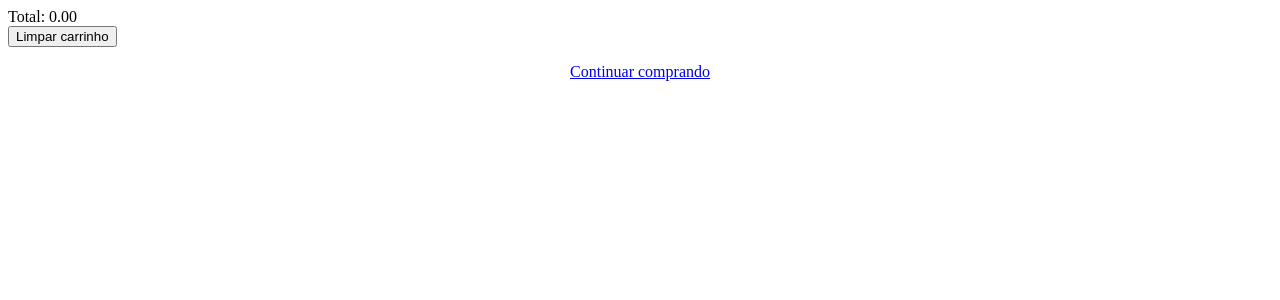
Repository: kabauros/frontend
Page: frontend/WebContent/carrinho.html
The author's editor kept a copy of each file at every save. The page is drawn from the files as they stood at one save, then again after the next save.
The browser window is 1280 px wide. The pictures show the whole page.

Above is the page before, as saved 2017-07-20 18:00:25.

After the next save:
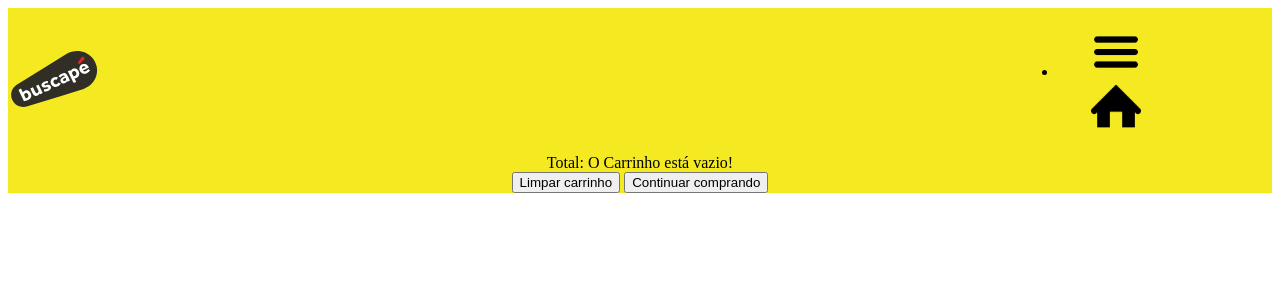
Saved 112 min 44 s later.
--- a/frontend/WebContent/carrinho.html
+++ b/frontend/WebContent/carrinho.html
@@ -1,8 +1,40 @@
+<!DOCTYPE html>
+<html>
 <meta charset="UTF-8">
+<head>
+<link rel="stylesheet" type="text/css" href="/frontend/css/style.css" />
+</head>
+<body>
+	<table id="header" style="width: 100%;" bgcolor="#F5EA21">
+		<tr>
+			<td style="width: 80%; text-align: left;"><img src="/frontend/img/logo.svg"></td>
+			<td style="width: 10%; text-align: right;">
+				<ul>
+					<li class="dropdown"><a href="javascript:void(0)" class="dropbtn"><img src="/frontend/img/menu.png"	width="50" height="50"></a>
+						<div class="dropdown-content">
+							<a href="index.html"><img src="/frontend/img/home.png"	width="50" height="50"></a>
+						</div>
+					</li>
+				</ul>
+			</td>
+			<td style="width: 10%; text-align: left;"></td>
+		</tr>
+	</table>
 
-<div id="itens"> </div>
-<div>Total: <span id="total"></span> </div>
+	<div style="background-color: #F5EA21; text-align: center;">
+		<div id="itens"></div>
+		<div>
+			Total: <span id="total"></span>
+		</div>
 
+		<button type="button" class="button"
+			onclick=" localStorage.clear(); location.reload();">Limpar	carrinho</button>
+
+		<input type="button" class="button" value="Continuar comprando" onclick="window.location.href='index.html'">
+
+	</div>
+</body>
+</html>
 <script>
  var total = 0; // variável que retorna o total dos produtos que estão na LocalStorage.
  var i = 0;     // variável que irá percorrer as posições
@@ -24,12 +56,14 @@
 		 total = (total + valor); // arredonda para 2 casas decimais com o .toFixed(2)
 	 }
  }
+
+ if(total == 0)
+ {
+
+	 document.getElementById("total").innerHTML = " O Carrinho está vazio!";
+ }else{
+	 document.getElementById("total").innerHTML = total.toFixed(2);
+ }
  // exibe o total dos recheios
- document.getElementById("total").innerHTML = total.toFixed(2);
+
 </script>
-
-<button type="button" onclick=" localStorage.clear(); location.reload();"> Limpar carrinho </button>
-
-<p align="center">
-	<a href="index.html"> Continuar comprando </a>
-</p>
